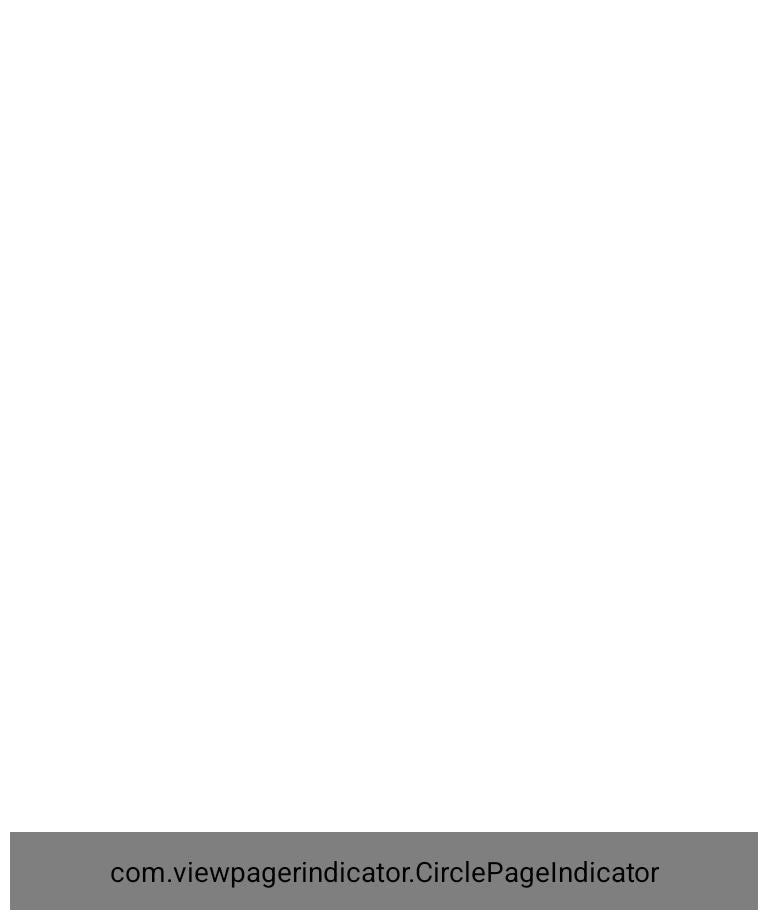
Repository: yangxiyucs/ZHBJ
Layout: ADT_ZHBJ74/ZHBJ/res/layout/pager_tab_detail.xml
These files come from the project's save history. The layout is drawn as it stood at one moment and after the next save; the edit follows.
The pictures show rows 360 to 1280 of an output 1280 px tall.
Pictures or frames that could not be fetched are drawn as grey boxes. It is drawn on a 768 x 1280 px phone screen (xhdpi) without system bars, with theme AppTheme; the app's code is not run.

Above is the layout before, as saved 2016-10-24 22:01:14.

After the next save:
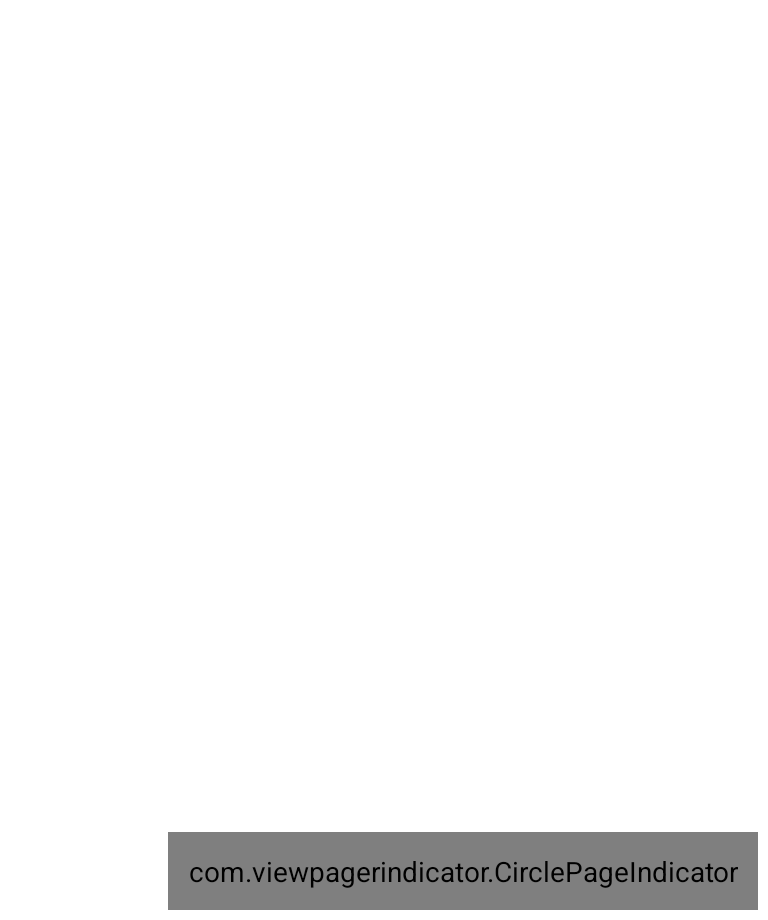
Saved 49 s later.
--- a/ADT_ZHBJ74/ZHBJ/res/layout/pager_tab_detail.xml
+++ b/ADT_ZHBJ74/ZHBJ/res/layout/pager_tab_detail.xml
@@ -26,9 +26,10 @@
 
         <com.viewpagerindicator.CirclePageIndicator
             android:id="@+id/indicator"
-            android:layout_width="match_parent"
+            android:layout_width="wrap_content"
             android:layout_height="wrap_content"
             android:layout_alignParentRight="true"
+            android:layout_centerVertical="true"
             android:background="#FFCCCCCC"
             android:padding="10dip"
             app:fillColor="#f00"
